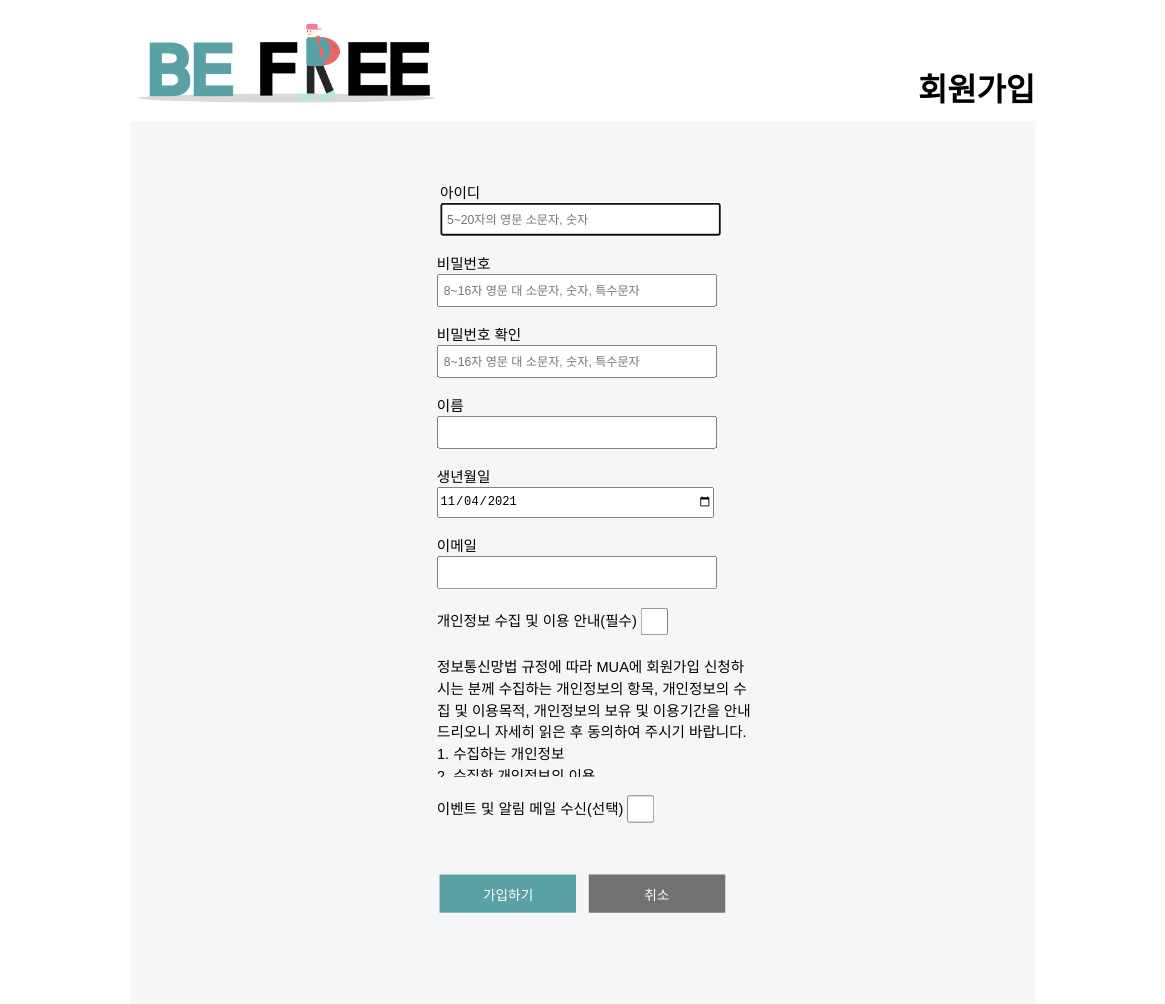
Repository: 1912087/Klavier_Piano
Page: http://localhost/notice/join.jsp
These files come from the project's save history. The page is drawn as it stood at one moment and after the next save; the edit follows.
The browser window is 1280 px wide. The pictures show the whole page, at 91% of full size.
Some web fonts or font styles are not loaded; a fallback is used. The page is served by Tomcat 9.

Above is the page before, as saved 2021-11-08 18:26:53.

After the next save:
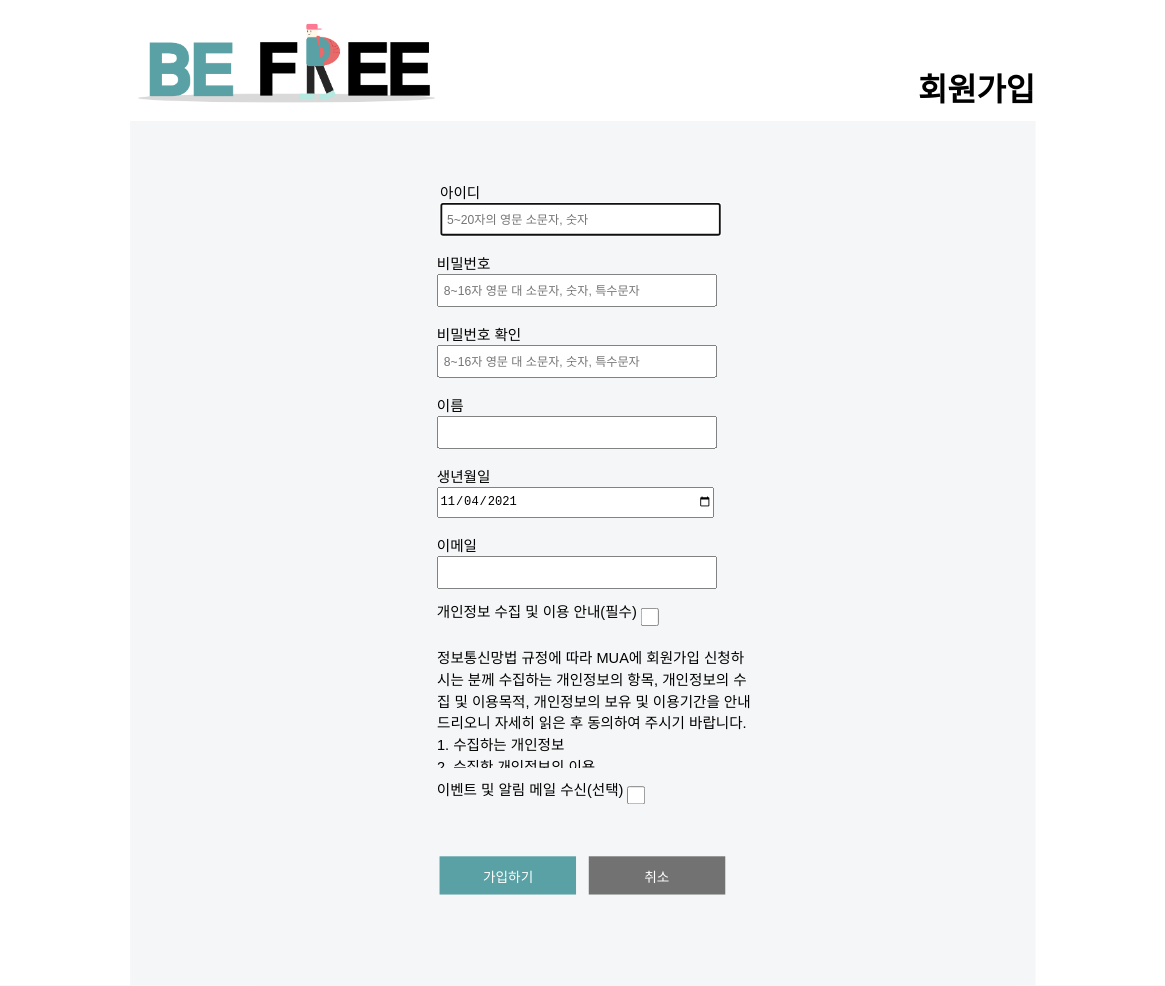
Saved 10 s later.
--- a/Notice/notice/WebContent/join.jsp
+++ b/Notice/notice/WebContent/join.jsp
@@ -71,7 +71,7 @@
                 border: none;
             }
             .btn2 a{color: white; font-family: 'Gowun Dodum', sans-serif; font-size: 15px;}
-            .checking{height: 30px; width:30px;}
+            .checking{height: 20px; width:20px;}
         </style>
     </head>
     <body>
